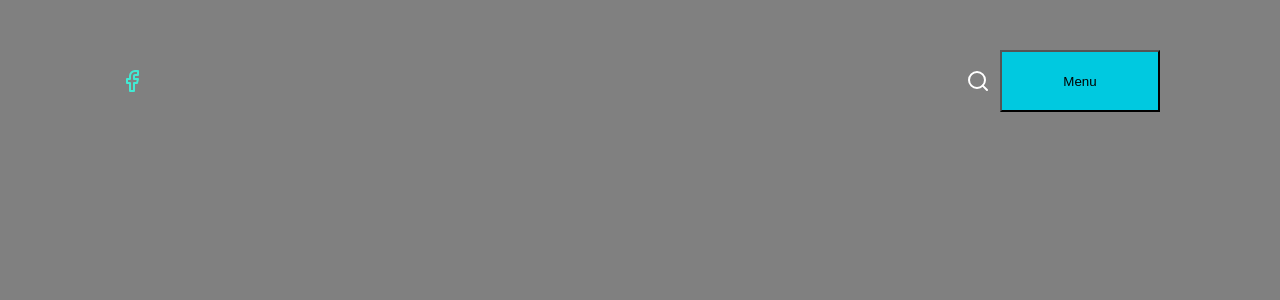
Repository: Silva-jr/night-trip
Page: index.html
These files come from the project's save history. The page is drawn as it stood at one moment and after the next save; the edit follows.
The browser window is 1280 px wide. The pictures show the whole page.

Above is the page before, as saved 2021-07-20 23:00:29.

### index.html
<!DOCTYPE html>
<html lang="en">

    <head>
        <meta charset="UTF-8">
        <meta http-equiv="X-UA-Compatible" content="IE=edge">
        <meta name="viewport" content="width=device-width, initial-scale=1.0">
        <link rel="stylesheet" href="style/style.css">
        <title>Document</title>
    </head>

    <body>
        <div class="container">
            <section class="app-content">
                <header class="header">
                        <div class="logo">
                            <img src="./assets/facebook 1.svg" alt="">
                        </div>
                        <div class="menu">
                            <img src="./assets/search 1.svg" alt="">
                            <button>Menu</button>
                        </div>
                </header>
            </section>
        </div>
    </body>

</html>

### style/style.css

* {
  box-sizing: border-box;
  margin: 0;
  padding: 0;
}

html {
  height: 100%; /* fix height to 100% for IE */
  max-height: 100%; /* fix height for other browsers */
  /*overflow:hidden; /*get rid of scroll bars in IE */
  overflow-x: hidden;
  transition: 0.3s;
}

html,
body {
  scroll-behavior: smooth;
  height: 100%;
  max-height: 100%;
  height: 100vh;
  font-size: 62.5%;
  font-family: "Roboto", sans-serif;
  background-color: grey;
}

body {
  overflow: hidden;
  font-family: "Poppins", sans-serif;
  background-color: var(--background-color);
  -webkit-font-smoothing: antialiased;
  -moz-osx-font-smoothing: grayscale;
}

a {
  text-decoration: none;
}

.container{
    width: 100%;
    margin: 0 auto;
    max-width: 1140px;
    padding: 5rem;
}

.app-content{
    width: 100%;
    height: auto;
    margin: 0 auto;
}

.header{
    width: 100%;
    height: auto;
    display: flex;
    align-items: center;
    justify-content: space-between;
}

.menu{
    display: flex;
}

.menu img{
    margin-right: 1rem;
}

.menu button{
    background-color: #00C9E0;
    width: 16rem;
    height: 6.2rem;
    border-radius: ;
}

After the next save:
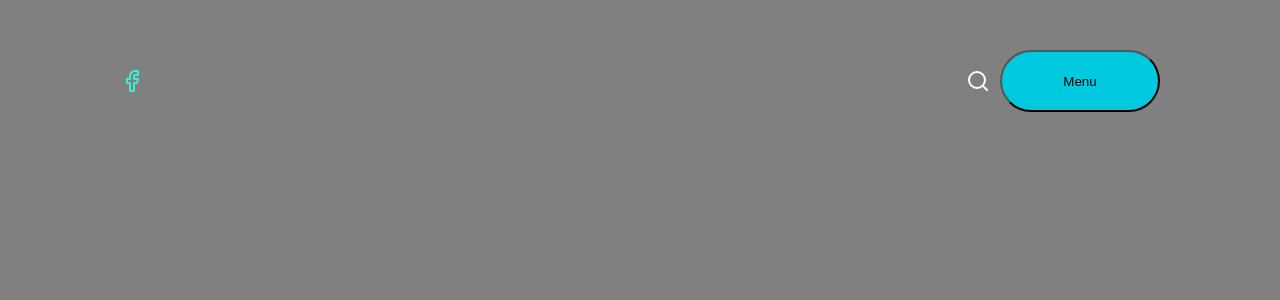
Saved 4 s later.
--- a/style/style.css
+++ b/style/style.css
@@ -69,5 +69,5 @@ a {
     background-color: #00C9E0;
     width: 16rem;
     height: 6.2rem;
-    border-radius: ;
+    border-radius: 4rem;
 }
